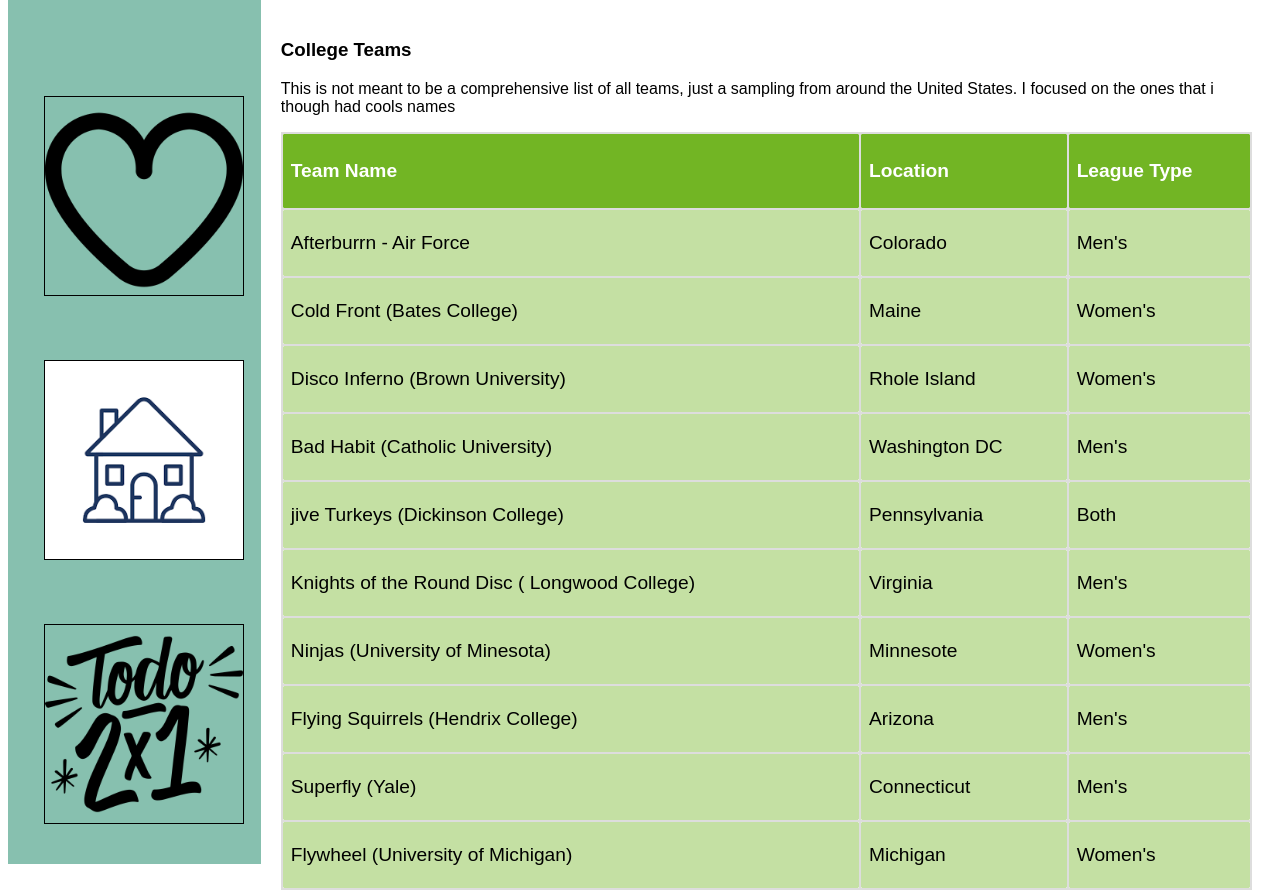
Repository: Tram-anh99/Blockchain_Funix
Page: CSS/Lab6_2.html
These files come from the project's save history. The page is drawn as it stood at one moment and after a run of saves; the edit follows.
The browser window is 1280 px wide. The pictures show the part of the page from y = 342 to 1232 px (the page is 1232 px tall before and 1222 px after).

Above is the page before, as saved 2023-07-20 01:04:17.

### CSS/Lab6_2.html
<!DOCTYPE html>
<html lang="en">
      <head>
            <title></title>
            <meta charset="UTF-8">
            <meta name="viewport" content="width=device-width, initial-scale=1">
            <link href="Lab6_2.css" rel="stylesheet">
      </head>
      <body>
            <header>
                  <h1>ULIMATE FRISBEE TEAMS</h1>
                  <div>
                        <p>Home</p>
                        <p id="index">Teams</p>
                        <p>History</p>
                        <p>USA Ultimate</p>
                  </div>
            </header>
            <section>
                  <nav>
                        <ul>
                          <ol><img src="./img/heart.png" alt=""></ol>
                          <ol><img src="./img/images.png" alt=""></ol>
                          <ol><img src="./img/sales.png" alt=""></ol>
                        </ul>
                      </nav>

                      <article>
                        <h1>College Teams</h1>
                        <p>This is not meant to be a comprehensive list of all teams, just a sampling from around the United States. I focused on the ones that i though had cools names</p>
                        <table>
                              <tr>
                                    <th>Team Name</th>
                                    <th>Location</th>
                                    <th>League Type</th>
                              </tr>
                              <tr>
                                    <td>Afterburrn - Air Force</td>
                                    <td>Colorado</td>
                                    <td>Men's</td>
                              </tr>
                              <tr>
                                    <td>Cold Front (Bates College)</td>
                                    <td>Maine</td>
                                    <td>Women's</td>
                              </tr>
                              <tr>
                                    <td>Disco Inferno (Brown University)</td>
                                    <td>Rhole Island</td>
                                    <td>Women's</td>
                              </tr>
                              <tr>
                                    <td>Bad Habit (Catholic University)</td>
                                    <td>Washington DC</td>
                                    <td>Men's</td>
                              </tr>
                              <tr>
                                    <td>jive Turkeys (Dickinson College)</td>
                                    <td>Pennsylvania</td>
                                    <td>Both</td>
                              </tr>
                              <tr>
                                    <td>Knights of the Round Disc ( Longwood College)</td>
                                    <td>Virginia</td>
                                    <td>Men's</td>
                              </tr>
                              <tr>
                                    <td>Ninjas (University of Minesota)</td>
                                    <td>Minnesote</td>
                                    <td>Women's</td>
                              </tr>
                              <tr>
                                    <td>Flying Squirrels (Hendrix College)</td>
                                    <td>Arizona</td>
                                    <td>Men's</td>
                              </tr>
                              <tr>
                                    <td>Superfly (Yale)</td>
                                    <td>Connecticut</td>
                                    <td>Men's</td>
                              </tr>
                              <tr>
                                    <td>Flywheel (University of Michigan)</td>
                                    <td>Michigan</td>
                                    <td>Women's</td>
                              </tr>
                        </table>
                      </article>
            </section>
            <footer>

            </footer>
      </body>
</html>

### CSS/Lab6_2.css
* {
      box-sizing: border-box;
}

body {
      font-family: Arial, Helvetica, sans-serif;
}
header{
    /*
    margin: -20px;    */
    background-image:url("./img/img1.jpg") ;
    /* background-color: #666; */
    padding: 30px;
    text-align: center;
    font-size: 35px;
    color: white;
}
header h1 {
      text-align: center;
      font-style: inherit;
      font-size: larger;
      padding: 20px;
}
header p{
      margin: 30px;
      padding: 15px 35px;
      text-decoration: dotted;
      border-radius: 5px;
      opacity: inherit;
      text-align: center;
      display: inline-flex;
      justify-content:space-between;
      align-items: center;
      flex-flow: 1;
      background: rgba(243, 242, 245, 0.555);
      opacity: 5px;
}
nav  {
      /* margin-left: -7px;
      margin-right: 4px;
      float: left;
      width: 30%;
      height: 1000px;
      background: #ccc;
      padding: 20px;
      border: 1px solid red; */
      float: left;
      width: 20%;
      height: 200% ;
      background: #3b997d9c;
      padding: 20px;
      display: inline;
    }
nav a{
      margin: 35px;
      padding: 15px 40px;
      border-radius: 5px;
      opacity: inherit;
      /* text-align: left; */
      display: inline-flex;
      justify-content:space-between;
      /* float: left; */
      align-items:flex-start;
      background: rgba(224, 228, 22, 0.555);
      opacity: 5px;
}
article{
      /* margin-right: 3px;
      margin-left: -6px;
      float: right;
      width: 70%;
      background: #ffffff;
      padding: 20px;
      border: 1px solid red; */
      float: left;
      padding: 20px;
      width: 80%;
      /* background-color: #f1f1f1; */
      height: 300px;
      display: inline;
}
table {
      font:500;
      width: 100%;
      line-height: 50px;
      border-collapse: collapse;
      text-align: left;
      font-size: larger;
      border: 2px solid rgb(155, 194, 47);
      border-radius: 5px;
}
td,th{
      border: 2px solid #ddd;
      padding: 8px;
      border-radius: 5px;
}
th {
      padding-top: 12px;
      padding-bottom: 12px;
      text-align: left;
      background-color: #5daa04cb;
      color: white;
      border-radius: 5px;
}
tr{
      background-color: #5daa045d;
}
img{
      margin-left: -30px;
      margin-right: 20px;
      margin-top: 60px;
      padding: auto;
      display: inline-block;
      position: relative;
      left: 50%;
      transform: translateX(-50%);
      width: 200px;
      height: 200px;
      border: 1px solid black;
}
#index{
      background: #ddd;
      color: rgb(0, 38, 255);
}
article h1{
      fon
}

After the next 9 saves:
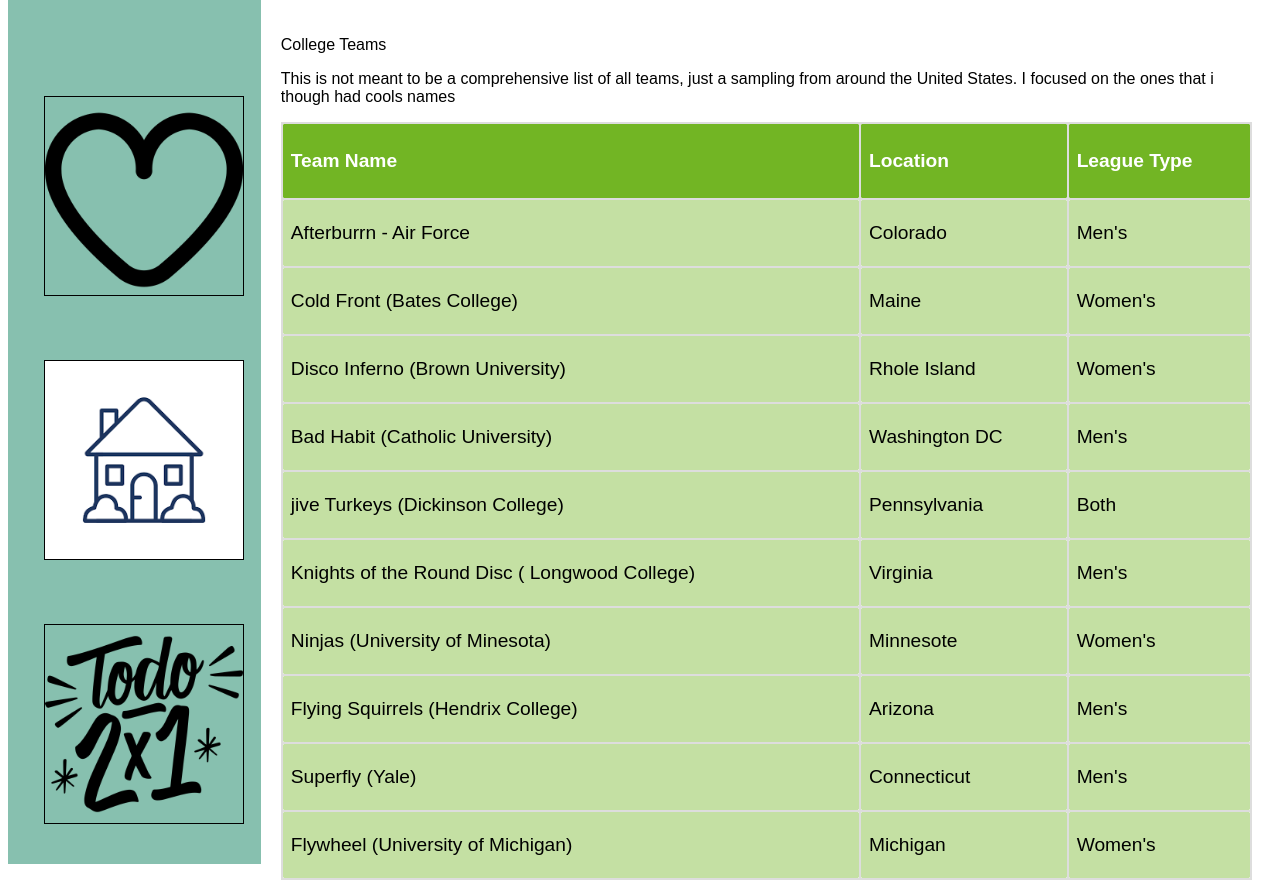
The 9 saves are shown as one change because they came seconds apart.
The last was saved 25 s later.
--- a/CSS/Lab6_2.css
+++ b/CSS/Lab6_2.css
@@ -123,5 +123,8 @@
       color: rgb(0, 38, 255);
 }
 article h1{
-      fon
+      font: optional;
+      font-size: medium;
+      font-weight: 200;
+      f
 }
